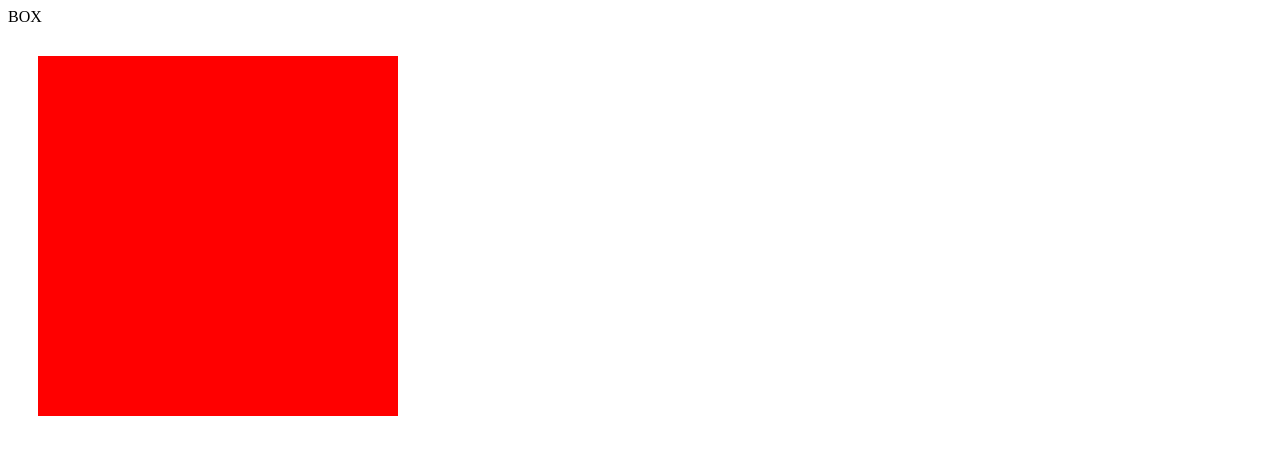
Repository: cyaomasa/java-
Page: box/box.html
The author's editor kept a record of every edit. The page is drawn from the files as they stood at one moment, then again after the next edit.
The browser window is 1280 px wide. The pictures show the whole page.

Above is the page before.

### box/box.html
<!DOCTYPE html>
<html lang="ja">
  <head>
    <meta charset="UTF-8" />
    <!--cssファイルの取り込み-->
    <link rel="stylesheet" href="box.css" />
    <tytle>BOX</tytle>

  </head>
  <body>
    <!--box1用のdiv-->
    <div class="box1"></div>
  </body>
</html>

### box/box.css
.box1 {
  width: 300px;
  height: 300px;
  background-color: red;
  margin: 30px;
  padding: 30px;
}

.box2 {
  width:100px;
  height:100px;
  background-color: blue;
  /*指定方法（boxの周囲すべてに枠線を設定する場合）*/
  border: 5px solid yellow;
}

After the next edit:
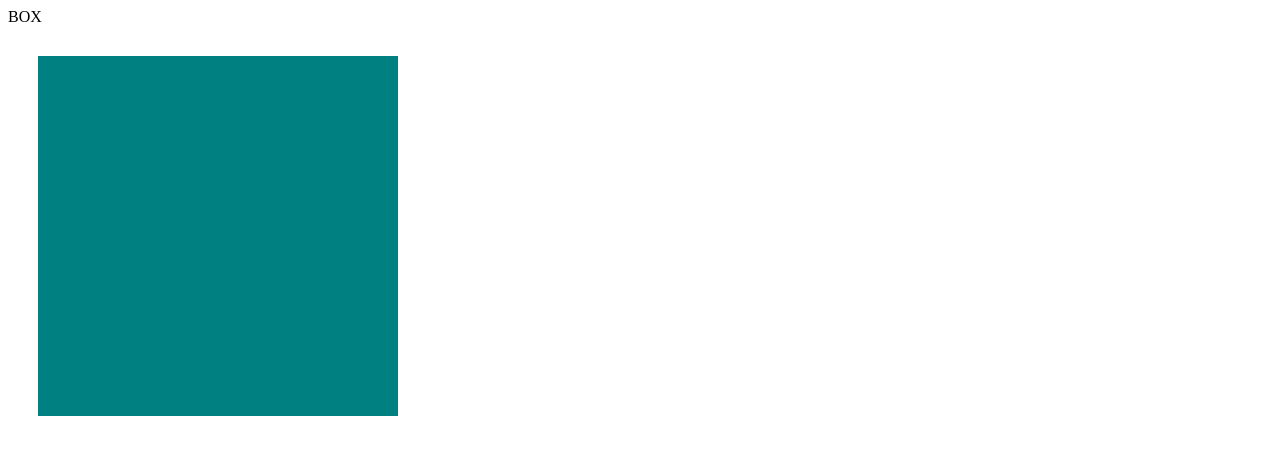
The edit:
--- a/box/box.css
+++ b/box/box.css
@@ -1,7 +1,7 @@
 .box1 {
   width: 300px;
   height: 300px;
-  background-color: red;
+  background-color: #008080;
   margin: 30px;
   padding: 30px;
 }
